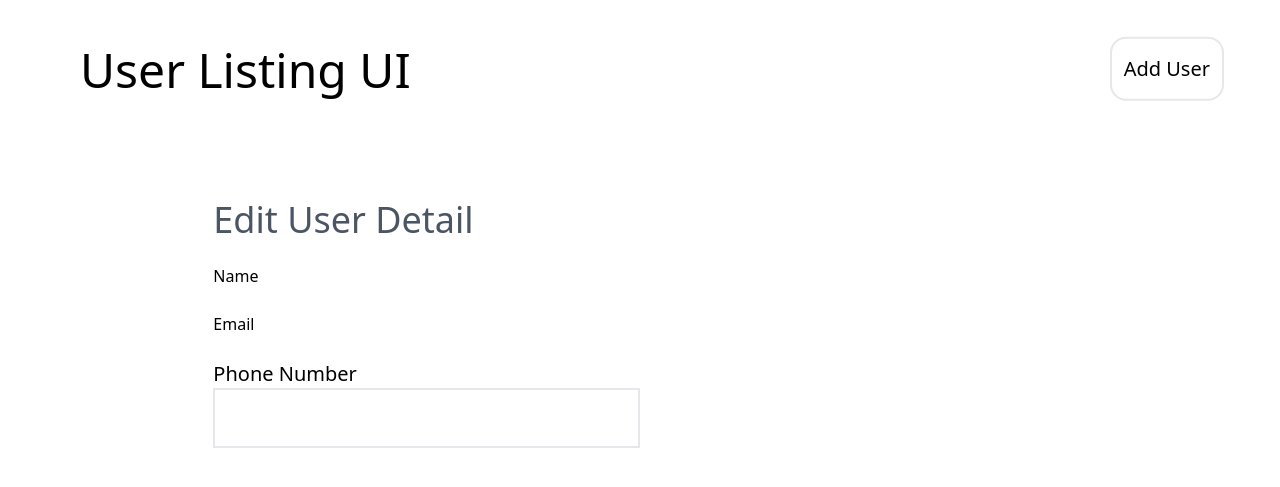
Repository: Marlstergo/listings
Page: /order (app in client/)
The author's editor kept a copy of each file at every save. The page is drawn from the files as they stood at one save, then again after the next save.
The browser window is 1280 px wide. The pictures show the whole page.
The project was rebuilt for these pictures with package versions that can differ from the ones it lists, and the page was loaded fresh each time. Also part of the build but not shown: client/craco.config.js, client/src/components/Loader.js, client/src/components/UserRow.jsx, client/src/components/Home.js, client/src/components/Modal.js. Imported but missing from the stored project, and not drawn on this page: client/src/components/Base, client/src/components/Toppings.

Above is the page before, as saved 2021-07-21 15:17:19.

### client/src/index.js
/* eslint-disable no-unused-vars */
import React from "react";
import ReactDOM from "react-dom";
import "./index.css";
import App from "./App";
import reportWebVitals from "./reportWebVitals";
import { BrowserRouter as Router } from 'react-router-dom';
import { Provider } from "react-redux";
import { store } from "./redux/store";
import { PersistGate } from "redux-persist/integration/react";
import { persistor } from "./redux/store";

ReactDOM.render(
  <React.StrictMode>
    <Provider store={store}>
      <Router>
        <PersistGate persistor={persistor}>
          <App />
        </PersistGate>
      </Router>
    </Provider>
  </React.StrictMode>,
  document.getElementById("root")
);

// If you want to start measuring performance in your app, pass a function
// to log results (for example: reportWebVitals(console.log))
// or send to an analytics endpoint. Learn more: https://bit.ly/CRA-vitals
reportWebVitals();

### client/src/App.js
import React, { useState } from 'react';
import {BrowserRouter, Route, Switch, useLocation } from "react-router-dom";
import Header from './components/Header';
import Home from './components/Home';
import Base from './components/Base';
import Toppings from './components/Toppings';
import Order from './components/EditUser';
import Modal from './components/Modal';
import { AnimatePresence } from 'framer-motion';

function App() {
  const location = useLocation();
  const showModal = true;

  return (
    <>
      <Header />
      {/* <Modal showModal={showModal} /> */}
      <AnimatePresence exitBeforeEnter>
      <BrowserRouter>
        <Switch >
          <Route
          exact
          name="home"
          path="/">
            <Home />
          </Route>
          {/* <Route exact path="/createUpdateUser">
            <Toppings />
          </Route> */}
          <Route path="/order"
          exact
          name="order">
            <Order />
          </Route>

        </Switch>
        </BrowserRouter>
      </AnimatePresence>

    </>
  );
}

export default App;

### client/src/redux/store.js
import { createStore, applyMiddleware } from "redux";
import { logger } from 'redux-logger';
import {persistStore} from 'redux-persist';
// import thunk from 'redux-thunk'
import createSagaMiddleware from 'redux-saga'

import rootSaga from './root-sagas'

import rootReducer from './root-reducer';

const sagaMiddleware = createSagaMiddleware()

const middleware = [sagaMiddleware];

if( process.env.NODE_ENV === 'development'){
    middleware.push(logger)
}

export const store = createStore(rootReducer, applyMiddleware(...middleware))

sagaMiddleware.run(rootSaga)

export const persistor = persistStore(store)

export default (store, persistor);

### client/src/components/Header.js
import React from "react";
import { motion } from "framer-motion";

const svgVariants = {
  hidden: { rotate: -180 },
  visible: {
    rotate: 0,
    transition: { duration: 1 },
  },
};

const pathVariants = {
  hidden: {
    opacity: 0,
    pathLength: 0,
  },
  visible: {
    opacity: 1,
    pathLength: 1,
    transition: {
      duration: 2,
      ease: "easeInOut",
    },
  },
};

const buttonVariants = {
  show: {
    y: [0, -20],
    x: 0,
    textShadow: "0px 0px 8px rgb(255,255,255)",
    boxShadow: "0px 0px 8px rgb(255,255,255)",
    transition: {
      duration: 0.3,
      yoyo: Infinity,
      ease: 'easeOut'
    },
  },
};

const Header = () => {
  return (
    <header className="flex p-14 w-screen justify-between  items-center">
      {/* <motion.div
        className="logo"
        drag
        dragConstraints={{ left: 0, top: 0, right: 0, bottom: 0 }}
        dragElastic={0.7}
      >

      </motion.div> */}
      <motion.div
        className=" flex justify-between w-full ml-6 text-xs"
        initial={{ y: -250 }}
        animate={{ y: -10 }}
        transition={{ delay: 0.2, type: "spring", stiffness: 120 }}
      >
        <h1 className=" pb-4 text-5xl">User Listing UI</h1>
        <motion.button variants={buttonVariants} whileHover="hover"
        animate="show"
        className="text-xl border-2 px-3 rounded-2xl"
        >
          Add User
        </motion.button>
      </motion.div>
    </header>
  );
};

export default Header;

### client/src/components/EditUser.js
import React, { useEffect } from 'react';
import { motion } from 'framer-motion';

const containerVariants = {
  hidden: {
    opacity: 0,
    x: '100vw',
    transition: {
      staggerChildren: 0.5,
    }
  },
  visible: {
    opacity: 1,
    x: 0,
    transition: {
      type: 'spring',
      mass: 0.4,
      damping: 8,
      staggerChildren: 0.4,
      when: "beforeChildren",
    }
  },
};

const childVariants = {
  hidden: {
    opacity: 0,
  },
  visible: {
    opacity: 1,
  }
}

const Order = () => {


  return (
    <motion.div className="container order flex justify-center"
      variants={containerVariants}
      initial="hidden"
      animate="visible"
      exit="exit"
    >
      <div className="w-2/3 ">
        <h1 className="text-gray-600 py-6 text-4xl">Edit User Detail</h1>

      <motion.form variants={childVariants}>
        <div className="flex flex-col">
          <label htmlFor="">Name</label>
          <input type="text" name="name" id="name" />
        </div>
        <div className="flex flex-col">
          <label htmlFor="">Email</label>
          <input type="text" name="email" id="email" />
        </div>
        <div className="flex flex-col">
          <label htmlFor="phone" className="text-xl" >Phone Number</label>
          <input type="text" name="phone" className="px-3 py-4 w-1/2 border-2" id="phone" />
        </div>
      </motion.form>
      <motion.div variants={childVariants}>

      </motion.div>
      </div>
    </motion.div>
  )
}

export default Order;

### client/src/redux/root-sagas.js
import {all, call} from 'redux-saga/effects'
import {userSagas} from './user/user.sagas'


export default function* rootSaga(){
    yield all([
        call(userSagas),
    ])
}

### client/src/redux/root-reducer.js
import {combineReducers} from 'redux'
import userReducer from './user/user.reducer'
// import cartReducer from './cart/cart.reducer'
import {persistReducer} from 'redux-persist'
import storage from 'redux-persist/lib/storage'
// import directoryReducer from './directory/directory.reducer'
// import shopReducer from './shop/shop.reducer'

const persistConfig ={
    key: 'root',
    storage,
    whitelist: ['' ]
}
const rootReducer = combineReducers({
    user: userReducer,

})
export default persistReducer(persistConfig, rootReducer)

### client/src/redux/user/user.sagas.js
import { all, call, put, takeLatest } from "redux-saga/effects";

import UserActionTypes from "./user.types";
import { loadUserDetail } from "./user.action";
// import axios from "axios";
// import { getUserDetailsURL } from "../../components/stringConstants";

export function* getDetails() {
  yield console.log("i fired");

  // try {
  //   console.log("inside try");

  //   const res = yield axios.get(getUserDetailsURL);
  //   const data = yield res.data;
  //   console.log(res);
  //   yield put(loadUserDetail(data ? data.data[0] : {}));
  // } catch (err) {
  //   console.log(err.response);
  //   if (err.response && err.response.statusText === "Not Found") {
  //     // console.log("");
  //     window.location.href = "/profile/settings?newUser=0837";
  //   }
  // }
}

export function* getUserDetails() {
  yield takeLatest(UserActionTypes.GET_USER_DETAIL, getDetails);
}
// export function* loadUserDetails(){
//     yield takeLatest(UserActionTypes.LOAD_USER_DETAIL, loadDetails)
// }

export function* userSagas() {
  yield all([call(getUserDetails)]);
}

### client/src/redux/user/user.reducer.js
import UserActionTypes from "./user.types";
const INITIAL_STATE = {
  // currentUser: null,
  userDetail: {},
  demo: 'i am demo',
  location: null

};
const userReducer = (state = INITIAL_STATE, action) => {
  switch (action.type) {

    case UserActionTypes.LOAD_USER_DETAIL:
      return {
        ...state,
        userDetail: action.payload,
      };

    case UserActionTypes.COLLECT_GEOLOCATION:
      return {
        ...state,
        location: action.payload
      }
    default:
      return state;
  }
};

export default userReducer;

### client/src/redux/user/user.types.js
const UserActionTypes ={
    GOOGLE_SIGN_IN_START : 'GOOGLE_SIGN_IN_START',
    SIGN_IN_SUCCESS : 'SIGN_IN_SUCCESS',
    SIGN_IN_FAILURE : 'SIGN_IN_FAILURE',
    GET_USER_DETAIL: 'GET_USER_DETAIL',
    LOAD_USER_DETAIL: 'LOAD_USER_DETAIL',
    COLLECT_GEOLOCATION: 'COLLECT_GEOLOCATION',
    FETCH_GEOLOCATION: 'FETCH_GEOLOCATION'
}
export default UserActionTypes;

### client/src/redux/user/user.action.js
import UserActionTypes from './user.types'



// export const googleSignInStart = () => ({
//     type: UserActionTypes.GOOGLE_SIGN_IN_START
// })

// export const signInSuccess = (user) => ({
//     type: UserActionTypes.SIGN_IN_SUCCESS,
//     payload: user
// })

export const getUserDetail = () => ({
    type: UserActionTypes.GET_USER_DETAIL,

})
export const loadUserDetail = (details) => ({
    type: UserActionTypes.LOAD_USER_DETAIL,
    payload: details
})

export const fetchGeoloction = () => ({
    type: UserActionTypes.FETCH_GEOLOCATION
})
export const collectGeolocation = (location) => ({
    type: UserActionTypes.COLLECT_GEOLOCATION,
    payload: location
})
// })

### client/tailwind.config.js
  // tailwind.config.js
  module.exports = {
    // mode:'jit',
    purge: ['./src/**/*.{js,jsx,ts,tsx}', './public/index.html'],
     darkMode: false, // or 'media' or 'class'
     theme: {
       extend: {},
     },
     variants: {
       extend: {},
     },
     plugins: [],
   }

Loaded but not shown: client/public/index.html (common file); client/src/index.css (common file); client/src/reportWebVitals.js (common file)

After the next save:
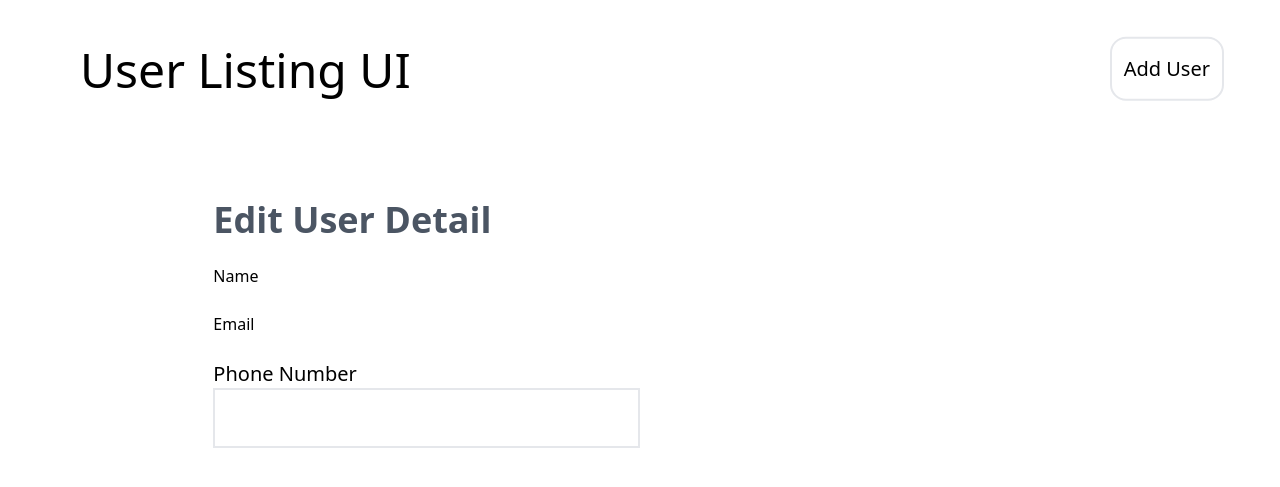
Saved 14 s later.
--- a/client/src/components/EditUser.js
+++ b/client/src/components/EditUser.js
@@ -42,7 +42,7 @@ const Order = () => {
       exit="exit"
     >
       <div className="w-2/3 ">
-        <h1 className="text-gray-600 py-6 text-4xl">Edit User Detail</h1>
+        <h1 className="text-gray-600 font-semibold py-6 text-4xl">Edit User Detail</h1>
 
       <motion.form variants={childVariants}>
         <div className="flex flex-col">
